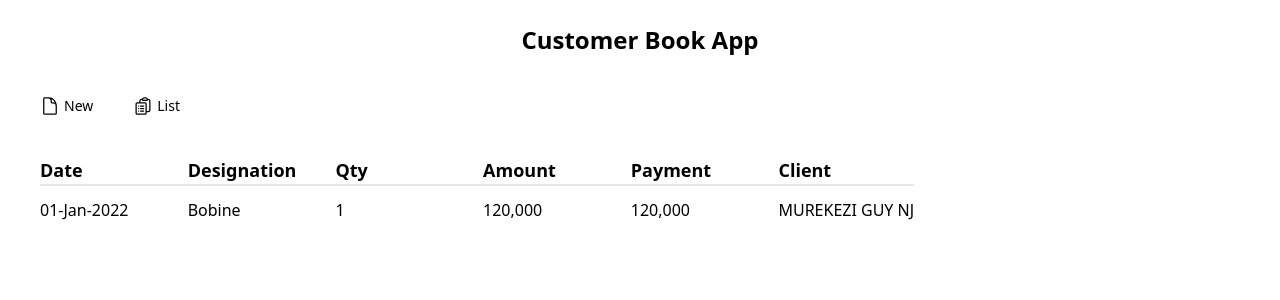
Repository: higirobruce/customerbookapp
Page: /
The author's editor kept a copy of each file at every save. The page is drawn from the files as they stood at one save, then again after the next save.
The browser window is 1280 px wide. The pictures show the whole page.
The project was rebuilt for these pictures with package versions that can differ from the ones it lists, and the page was loaded fresh each time. The framework's server and built-in components were replaced by stand-ins that run in the browser. Also part of the build but not shown: next.config.js, components/layout/sidebar.js.

Above is the page before, as saved 2022-11-24 16:59:00.

After the next save:
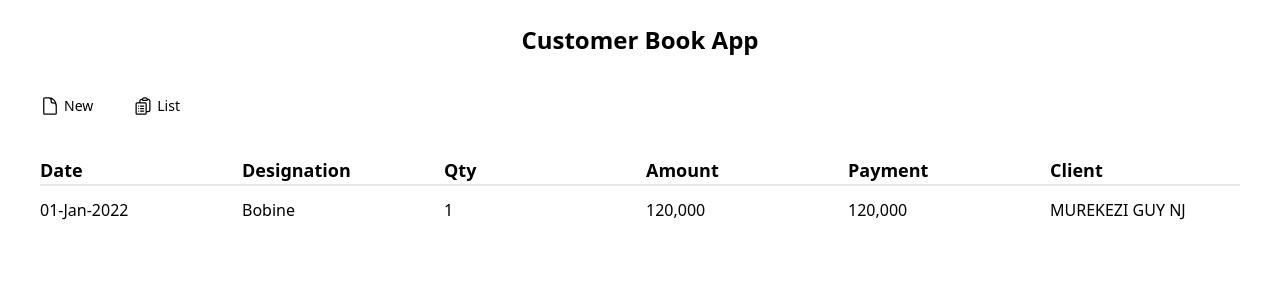
Saved 8 s later.
--- a/components/common/records.js
+++ b/components/common/records.js
@@ -3,7 +3,7 @@ import React from 'react'
 export default function RecordsTable({data}) {
 
   return (
-    <div className='flex justify-center flex-col'>
+    <div className='flex justify-center flex-col w-full'>
         <div className='grid grid-cols-6 gap-3 border-b-2 mb-3 text-lg font-semibold'>
                 <div>Date</div>
                 <div>Designation</div>
